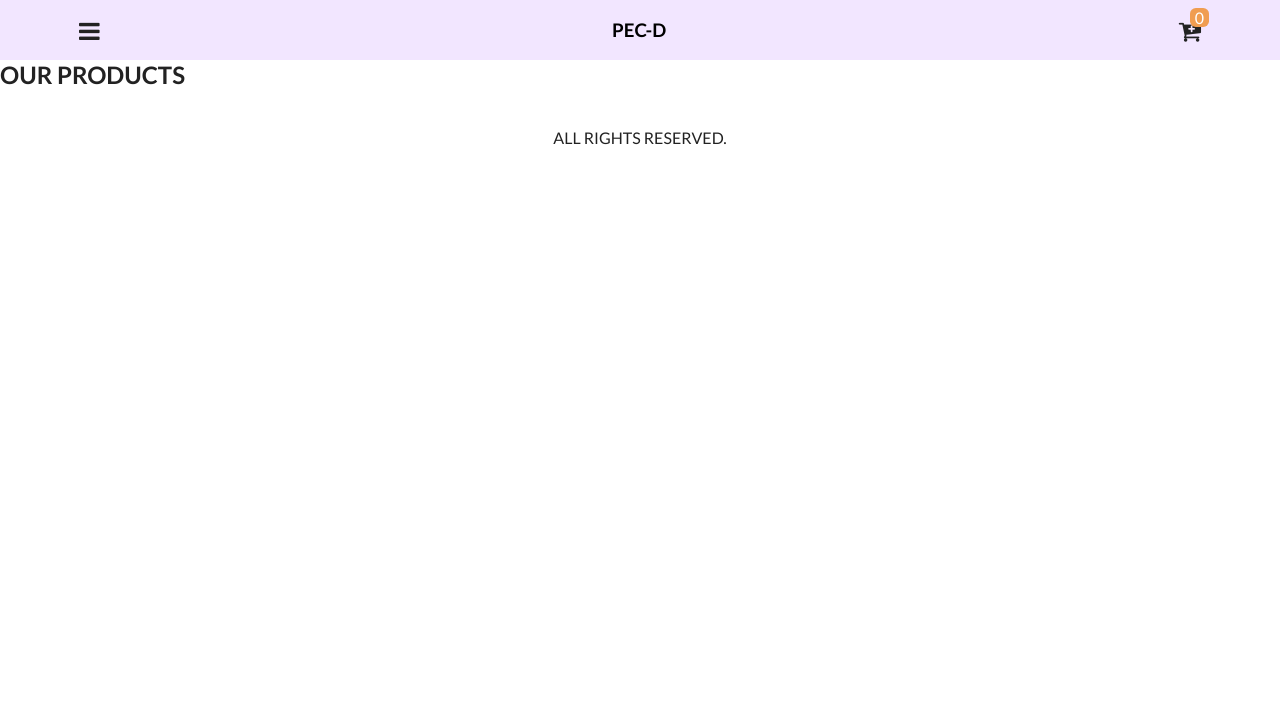
Repository: CHIR4G7/PEC-D
Page: public/index.html
These files come from the project's save history. The page is drawn as it stood at one moment and after the next save; the edit follows.
The browser window is 1280 px wide. The pictures show the whole page.

Above is the page before, as saved 2023-07-08 01:00:06.

After the next save:
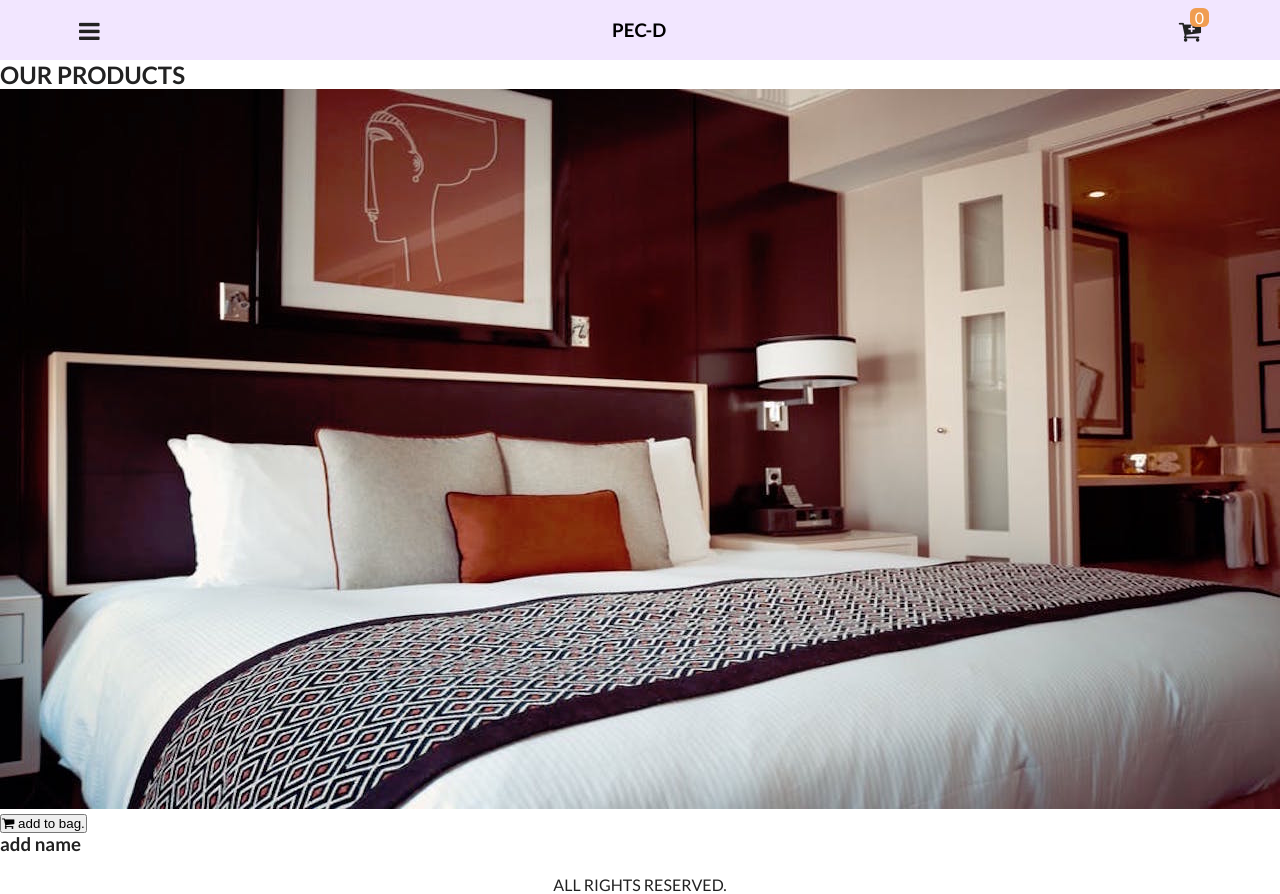
Saved 18 s later.
--- a/public/index.html
+++ b/public/index.html
@@ -47,7 +47,17 @@
             <div class="content">
                 <ul class="content-inner">
                     <li class="card">
-
+                        <article class="product">
+                            <div class="img-container">
+                                <img src="/images/product-1.jpeg" alt="product" class="product-img">
+                                <button class="bag-btn" data-id="1">
+                                    <i class="fa fa-shopping-cart"></i>
+                                    add to bag.
+                                </button>
+                            </div>
+                            <h3>add name</h3>
+
+                        </article>
                     </li>
                 </ul>
             </div>
